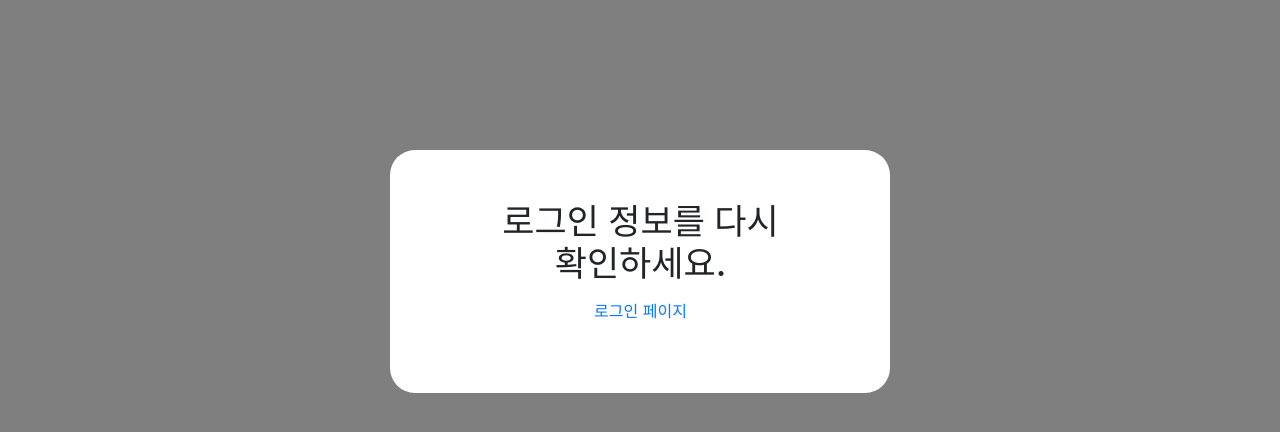
Repository: Jungsol/Servlet_JSP_study
Page: http://localhost/JSP/ex14Join/joinFalse.jsp
These files come from the project's save history. The page is drawn as it stood at one moment and after the next save; the edit follows.
The browser window is 1280 px wide. The pictures show the whole page.
Some web libraries are served in a nearby version. The page is served by Tomcat 9. Other server files are loaded and not shown.

Above is the page before, as saved 2023-06-19 10:42:11.
Console error: TypeError: Cannot read properties of undefined (reading 'fn')

### JSP/src/main/webapp/ex14Join/joinFalse.jsp
<%@ page language="java" contentType="text/html; charset=EUC-KR"
    pageEncoding="EUC-KR"%>
<!DOCTYPE html>
<html>
<head>
	<link href="//maxcdn.bootstrapcdn.com/bootstrap/4.1.1/css/bootstrap.min.css" rel="stylesheet" id="bootstrap-css">
	<link href="login.css" rel="stylesheet">
	<script src="//maxcdn.bootstrapcdn.com/bootstrap/4.1.1/js/bootstrap.min.js"></script>
	<script src="//cdnjs.cloudflare.com/ajax/libs/jquery/3.2.1/jquery.min.js"></script>
	<meta charset="EUC-KR">
	<title>Insert title here</title>
</head>
<body id="LoginForm">
	<div class="container">
			<div class="main-div">
			    <div class="panel">
				    <h1>
				    	로그인 정보를 다시 <br>확인하세요.
				    </h1>
				    <!-- login.html로 이동하는 하이퍼링크를 만드시오.. -->
					<a href="../ex13Login/login.html">로그인 페이지</a>

			    </div>
			</div>
	</div>

</body>
</html>

### JSP/src/main/webapp/ex13Login/login.css
@charset "EUC-KR";

@charset "EUC-KR";

body#LoginForm {
	background-color: rgba(0,0,0,0.5);
}

.form-heading {
	color: #fff;
	font-size: 23px;
}

.panel h2 {
	color: #444444;
	font-size: 18px;
	margin: 0 0 8px 0;
}

.panel h1{
	font-size: 35px;
	margin: 0;
	text-align: center;
}

.panel p {
	color: #777777;
	font-size: 14px;
	margin-bottom: 30px;
	line-height: 24px;
}
.panel a{
	display: block;
	text-align: center;
	margin-top: 15px;
}

.login-form .form-control {
	background: #f7f7f7 none repeat scroll 0 0;
	border: 1px solid #d4d4d4;
	border-radius: 4px;
	font-size: 14px;
	height: 50px;
	line-height: 50px;
}

.main-div {
	background: #ffffff none repeat scroll 0 0;
	border-radius: 25px;
	margin: 150px auto 30px;
	width:500px;
	padding: 50px 70px 70px 71px;
}

.login-form .form-group {
	margin-bottom: 10px;
}

.login-form {
	text-align: center;
}

.login-form  .btn.btn-primary {
	background: #f0ad4e none repeat scroll 0 0;
	border-color: #f0ad4e;
	color: #ffffff;
	font-size: 14px;
	width: 100%;
	height: 50px;
	line-height: 50px;
	padding: 0;
}

.botto-text {
	color: #ffffff;
	font-size: 14px;
	margin: auto;
}

.login-form .btn.btn-primary.reset {
	background: #ff9900 none repeat scroll 0 0;
}

.back {
	text-align: left;
	margin-top: 10px;
}

.back a {
	color: #444444;
	font-size: 13px;
	text-decoration: none;
}

After the next save:
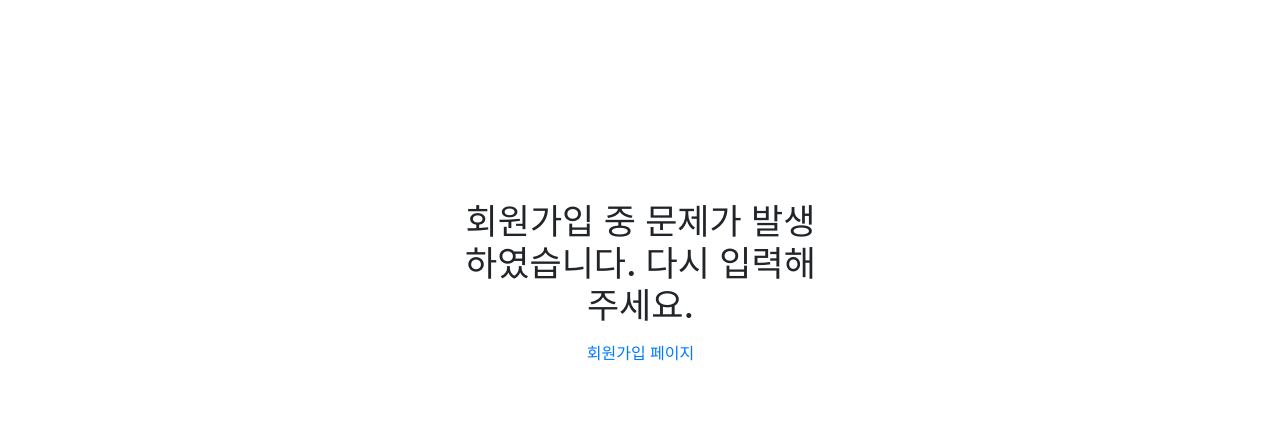
Saved 37 s later.
--- a/JSP/src/main/webapp/ex14Join/joinFalse.jsp
+++ b/JSP/src/main/webapp/ex14Join/joinFalse.jsp
@@ -10,16 +10,16 @@
 	<meta charset="EUC-KR">
 	<title>Insert title here</title>
 </head>
-<body id="LoginForm">
+<body id="JoinForm">
 	<div class="container">
 			<div class="main-div">
 			    <div class="panel">
 				    <h1>
-				    	로그인 정보를 다시 <br>확인하세요.
+				    	회원가입 중 문제가 발생하였습니다.
+				    	다시 입력해주세요.
 				    </h1>
 				    <!-- login.html로 이동하는 하이퍼링크를 만드시오.. -->
-					<a href="../ex13Login/login.html">로그인 페이지</a>
-
+				    <a href="join.html">회원가입 페이지</a>
 			    </div>
 			</div>
 	</div>
